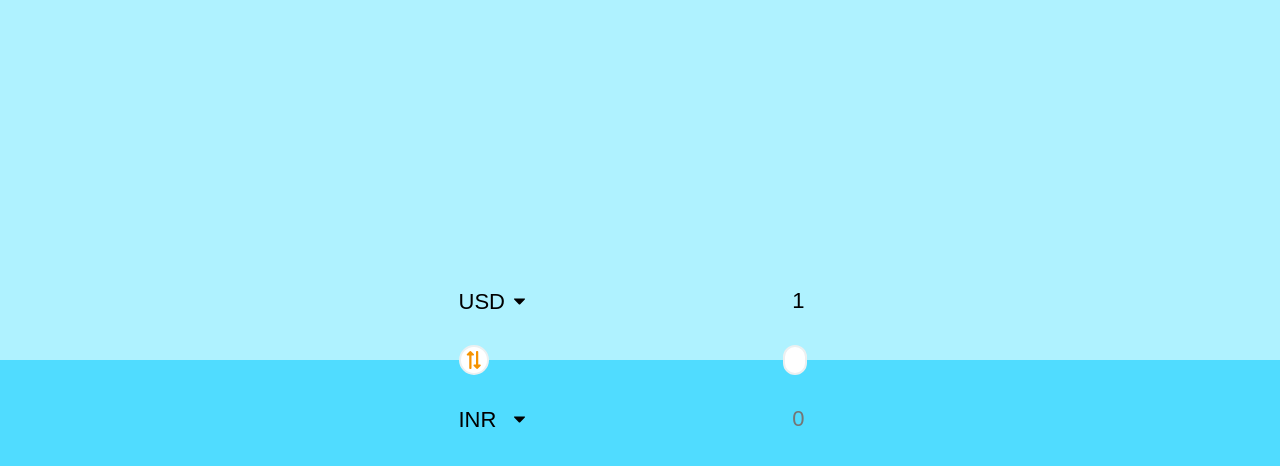
Repository: Sp4ngl3r/Currency-Converter
Page: currency.html
These files come from the project's save history. The page is drawn as it stood at one moment and after the next save; the edit follows.
The browser window is 1280 px wide. The pictures show the whole page.
Some web fonts or font styles are not loaded; a fallback is used. Some web libraries are served in a nearby version.

Above is the page before, as saved 2020-04-18 18:17:26.
Console error: TypeError: Cannot read properties of null (reading 'addEventListener')

### currency.html
<html lang="en">
  <head>
    <meta charset="UTF-8" />
    <title>USD to INR</title>
    <link
      rel="stylesheet"
      href="https://cdnjs.cloudflare.com/ajax/libs/font-awesome/5.10.2/css/all.min.css"
    />
    <link rel="stylesheet" href="currency.css" />
  </head>

  <body>
    <div class="container">
      <!-- <h1 align="center">Currency Converter</h1> -->
      <div class="currency">
        <select id="from_currency">
          <option value="AED">AED</option>
          <option value="ARS">ARS</option>
          <option value="AUD">AUD</option>
          <option value="BGN">BGN</option>
          <option value="BRL">BRL</option>
          <option value="BSD">BSD</option>
          <option value="CAD">CAD</option>
          <option value="CHF">CHF</option>
          <option value="CLP">CLP</option>
          <option value="CNY">CNY</option>
          <option value="COP">COP</option>
          <option value="CZK">CZK</option>
          <option value="DKK">DKK</option>
          <option value="DOP">DOP</option>
          <option value="EGP">EGP</option>
          <option value="EUR">EUR</option>
          <option value="FJD">FJD</option>
          <option value="GBP">GBP</option>
          <option value="GTQ">GTQ</option>
          <option value="HKD">HKD</option>
          <option value="HRK">HRK</option>
          <option value="HUF">HUF</option>
          <option value="IDR">IDR</option>
          <option value="ILS">ILS</option>
          <option value="INR">INR</option>
          <option value="ISK">ISK</option>
          <option value="JPY">JPY</option>
          <option value="KRW">KRW</option>
          <option value="KZT">KZT</option>
          <option value="MXN">MXN</option>
          <option value="MYR">MYR</option>
          <option value="NOK">NOK</option>
          <option value="NZD">NZD</option>
          <option value="PAB">PAB</option>
          <option value="PEN">PEN</option>
          <option value="PHP">PHP</option>
          <option value="PKR">PKR</option>
          <option value="PLN">PLN</option>
          <option value="PYG">PYG</option>
          <option value="RON">RON</option>
          <option value="RUB">RUB</option>
          <option value="SAR">SAR</option>
          <option value="SEK">SEK</option>
          <option value="SGD">SGD</option>
          <option value="THB">THB</option>
          <option value="TRY">TRY</option>
          <option value="TWD">TWD</option>
          <option value="UAH">UAH</option>
          <option value="USD" selected>USD</option>
          <option value="UYU">UYU</option>
          <option value="VND">VND</option>
          <option value="ZAR">ZAR</option>
        </select>
        <input type="number" id="from_ammount" placeholder="0" value="1" />
      </div>
      <div class="middle">
        <button id="exchange">
          <i class="fas fa-exchange-alt"></i>
        </button>
        <div class="rate" id="rate"></div>
      </div>
      <div class="currency">
        <select id="to_currency"
          ><option value="AED">AED</option>
          <option value="ARS">ARS</option>
          <option value="AUD">AUD</option>
          <option value="BGN">BGN</option>
          <option value="BRL">BRL</option>
          <option value="BSD">BSD</option>
          <option value="CAD">CAD</option>
          <option value="CHF">CHF</option>
          <option value="CLP">CLP</option>
          <option value="CNY">CNY</option>
          <option value="COP">COP</option>
          <option value="CZK">CZK</option>
          <option value="DKK">DKK</option>
          <option value="DOP">DOP</option>
          <option value="EGP">EGP</option>
          <option value="EUR">EUR</option>
          <option value="FJD">FJD</option>
          <option value="GBP">GBP</option>
          <option value="GTQ">GTQ</option>
          <option value="HKD">HKD</option>
          <option value="HRK">HRK</option>
          <option value="HUF">HUF</option>
          <option value="IDR">IDR</option>
          <option value="ILS">ILS</option>
          <option value="INR" selected>INR</option>
          <option value="ISK">ISK</option>
          <option value="JPY">JPY</option>
          <option value="KRW">KRW</option>
          <option value="KZT">KZT</option>
          <option value="MXN">MXN</option>
          <option value="MYR">MYR</option>
          <option value="NOK">NOK</option>
          <option value="NZD">NZD</option>
          <option value="PAB">PAB</option>
          <option value="PEN">PEN</option>
          <option value="PHP">PHP</option>
          <option value="PKR">PKR</option>
          <option value="PLN">PLN</option>
          <option value="PYG">PYG</option>
          <option value="RON">RON</option>
          <option value="RUB">RUB</option>
          <option value="SAR">SAR</option>
          <option value="SEK">SEK</option>
          <option value="SGD">SGD</option>
          <option value="THB">THB</option>
          <option value="TRY">TRY</option>
          <option value="TWD">TWD</option>
          <option value="UAH">UAH</option>
          <option value="USD">USD</option>
          <option value="UYU">UYU</option>
          <option value="VND">VND</option>
          <option value="ZAR">ZAR</option>
        </select>
        <input type="number" id="to_amount" placeholder="0" />
      </div>
    </div>
    <script src="currency.js"></script>
  </body>
</html>

### currency.css
@import url("https://fonts.googleapis.com/css?family=Muli&display=swap");
* {
  box-sizing: border-box;
}
body {
  background: linear-gradient(
    to bottom,
    #aff2ff 0%,
    #aff2ff 50%,
    #50dcff 50%,
    #50dcff 100%
  );
  font-family: "Muli", sans-serif;
  display: flex;
  flex-direction: column;
  justify-content: center;
  align-items: center;
  height: 100vh;
  margin: 0;
}
.currency {
  display: flex;
  align-items: center;
  justify-content: space-between;
}
.currency select {
  background: transparent;
  background-image: url("data:[embedded picture, 475 characters]");
  background-repeat: no-repeat, repeat;
  background-position: right 0.2em top 50%, 0 0;
  background-size: 0.5em auto, 100%;
  border: 0;
  padding-right: 20px;
  font-size: 22px;
  -moz-appearance: none;
  -webkit-appearance: none;
  appearance: none;
}
.currency input {
  border: 0;
  background: transparent;
  font-size: 22px;
  text-align: right;
}
.middle {
  color: #f59300;
  display: flex;
  align-items: center;
  justify-content: space-between;
}
.middle button {
  background-color: #fff;
  border: 2px solid #ecf0f1;
  border-radius: 50%;
  cursor: pointer;
  color: #f59300;
  font-size: 18px;
  display: flex;
  align-items: center;
  justify-content: center;
  height: 30px;
  width: 30px;
  transform: rotate(90deg);
}
.middle button:active {
  transform: rotate(90deg) scale(0.9);
}
.middle .rate {
  background-color: #fff;
  border: 2px solid #ecf0f1;
  border-radius: 50px;
  font-size: 18px;
  display: flex;
  align-items: center;
  justify-content: center;
  height: 30px;
  padding: 0 10px;
  margin: 30px 15px 30px 25px;
}
select:focus,
input:focus,
button:focus {
  outline: 0;
}

### currency.js
const from_currencyEl = document.getElementById("from_currency");
const from_ammountEl = document.getElementById("from_ammount");
const to_currencyEl = document.getElementById("to_currency");
const to_ammountEl = document.getElementById("to_ammount");
const rateEl = document.getElementById("rate");
const exchange = document.getElementById("exchange");

from_currencyEl.addEventListener("change", calculate);
from_ammountEl.addEventListener("input", calculate);
to_currencyEl.addEventListener("change", calculate);
to_ammountEl.addEventListener("input", calculate);

exchange.addEventListener("click", () => {
  const temp = from_currencyEl.value;
  from_currencyEl.value = to_currencyEl.value;
  to_currencyEl.value = temp;
  calculate();
});

function calculate() {
  const from_currency = from_currencyEl.value;
  const to_currency = to_currencyEl.value;

  fetch(`https://api.exchangerate-api.com/v4/latest/${from_currency}`)
    .then((res) => res.json())
    .then((res) => {
      const rate = res.rates[to_currency];
      rateEl.innerText = `1 ${from_currency} = ${rate} ${to_currency}`;
      to_ammountEl.value = (from_ammountEl.value * rate).toFixed(2);
    });
}

calculate();

After the next save:
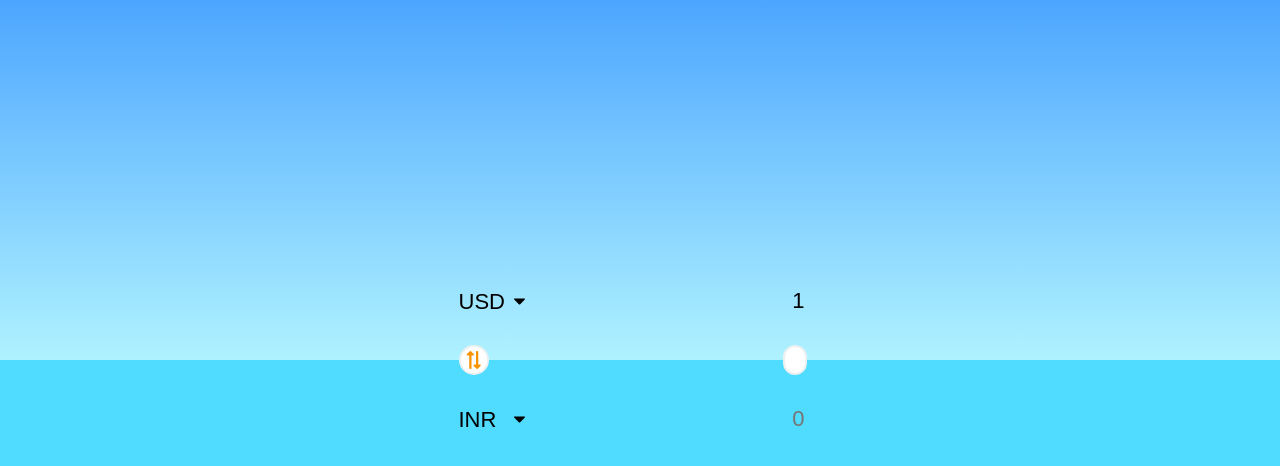
Saved 2 min 37 s later.
--- a/currency.css
+++ b/currency.css
@@ -5,7 +5,7 @@
 body {
   background: linear-gradient(
     to bottom,
-    #aff2ff 0%,
+    #4da6ff 0%,
     #aff2ff 50%,
     #50dcff 50%,
     #50dcff 100%
